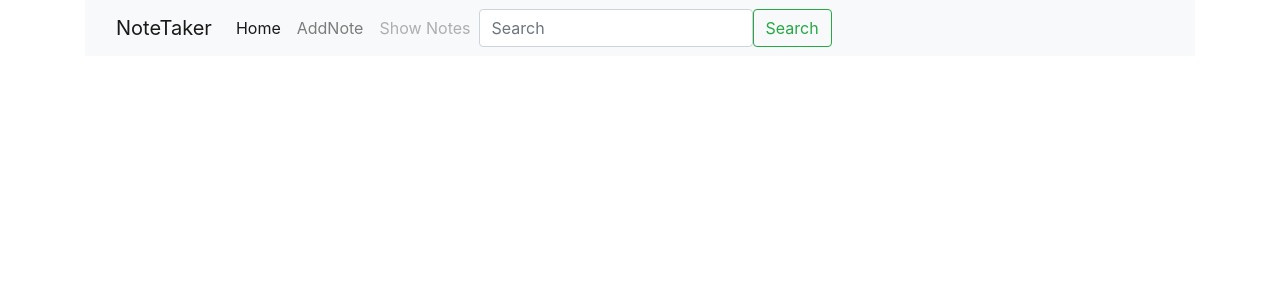
Repository: Mayank-SDE/Projects
Page: http://localhost/NoteTakerTodoApp/
An editor plug-in stored every save of this project. The page is shown before and after the next save, followed by the edit.
The browser window is 1280 px wide. The pictures show the whole page.
Some web libraries are served in a nearby version. The page is served by Tomcat 9.

Above is the page before, as saved 2022-02-10 15:20:02.

After the next save:
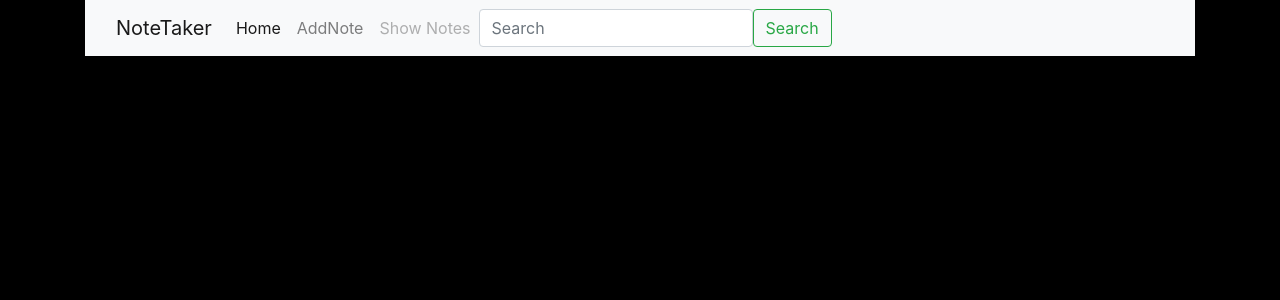
Saved 41 s later.
--- a/NoteTaker/NoteTakerTodoApp/src/main/webapp/index.jsp
+++ b/NoteTaker/NoteTakerTodoApp/src/main/webapp/index.jsp
@@ -8,6 +8,7 @@
     <!-- Bootstrap CSS -->
     <link rel="stylesheet" href="https://maxcdn.bootstrapcdn.com/bootstrap/4.0.0/css/bootstrap.min.css" integrity="sha384-Gn5384xqQ1aoWXA+058RXPxPg6fy4IWvTNh0E263XmFcJlSAwiGgFAW/dAiS6JXm" crossorigin="anonymous">
 
+<link href="css/style.css" rel="stylesheet">
     <title>Hello, world!</title>
   </head>
   <body>

After the 2 saves that followed:
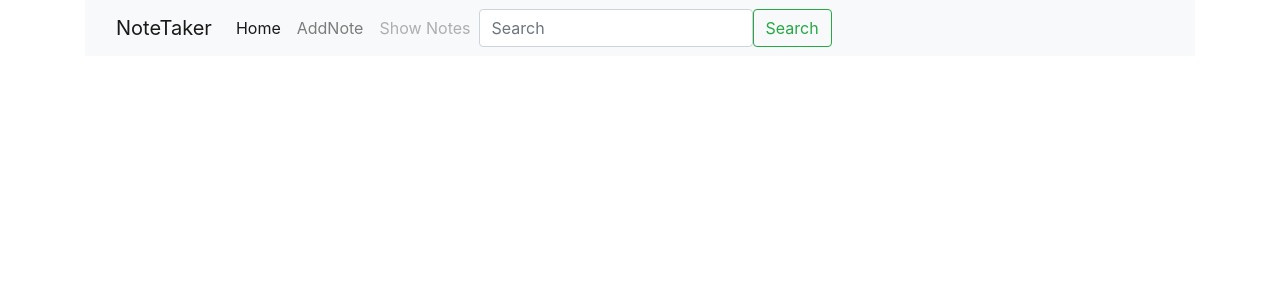
The 2 saves are shown as one change because 1 left the picture as it was.
The last was saved 53 s later.
--- a/NoteTaker/NoteTakerTodoApp/src/main/webapp/css/style.css
+++ b/NoteTaker/NoteTakerTodoApp/src/main/webapp/css/style.css
@@ -1,4 +1,5 @@
-body{
 
-	background:black;
+.purple
+{
+	bacckground:#3f51b5;
 }
